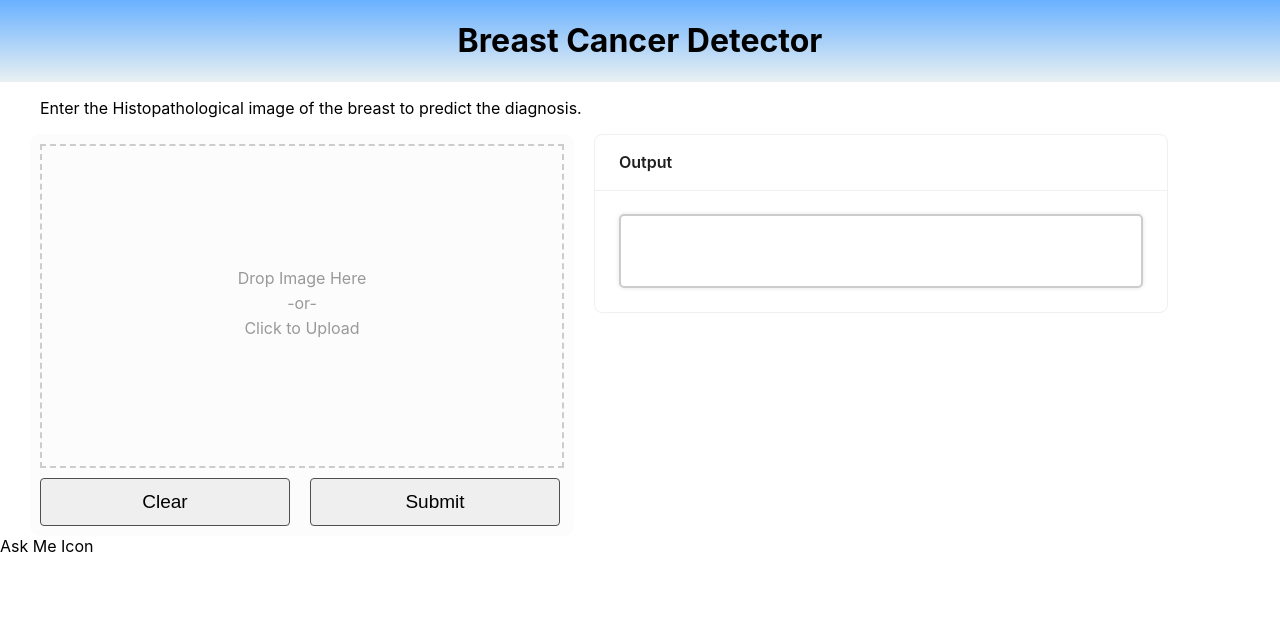
Repository: xshamrose/RAYi-AI
Page: /BreastCancerDetector-app (app in client/)
An editor plug-in stored every save of this project. The page is shown before and after the next save, followed by the edit.
The browser window is 1280 px wide. The pictures show the whole page.
The project was rebuilt for these pictures with package versions that can differ from the ones it lists, and the page was loaded fresh each time. Also part of the build but not shown: client/src/App.css, client/src/pages/Home.js, client/src/pages/home.css.

Above is the page before, as saved 2024-03-09 13:08:04.

### client/src/App.js
import "./App.css";
import React from "react";
import Candetect from "./pages/Candetect";
import Home from "./pages/Home";
import "./pages/home.css";
import { BrowserRouter as Router, Routes, Route } from "react-router-dom";

function App() {
  return (
    <div className="App">
      <Router>
        <Routes>
          <Route exact path="/" element={<Home />} />
          <Route path="/BreastCancerDetector-app" element={<Candetect />} />

          {/*  Future Use for Pipe Counting Detection
          <Route
            path="/Pipe"
            element={<Candetect title={headerTitle} content={content} />}
          /> */}
        </Routes>
      </Router>
    </div>
  );
}

export default App;

### client/src/pages/Candetect.js
import React, { useState } from "react";
import "../pages/Candetect.css";
import { Card } from "antd";
import deleteicon from "../assets/delete-.svg";
import axios from "axios";

function Candetect() {
  const [imageFile, setImageFile] = useState(null);
  const [errorMessage, setErrorMessage] = useState("");
  const [loading, setLoading] = useState(false);
  const [responseData, setResponseData] = useState("");

  const handleFileInputChange = (event) => {
    const file = event.target.files[0];
    if (file) {
      setImageFile(file);
    }
  };

  const handleClearImage = () => {
    setImageFile(null);
    //reset the file input
    const fileInput = document.getElementById("file-input");
    if (fileInput) {
      fileInput.value = "";
    }
    setErrorMessage("");
  };

  const handleDeleteImage = () => {
    setImageFile(null);
    //reset the file input
    const fileInput = document.getElementById("file-input");
    if (fileInput) {
      fileInput.value = "";
    }
  };

  const handleSubmit = () => {
    if (!imageFile) {
      setErrorMessage("Please upload an Image");
      console.log("Please upload an Image");
    } else {
      const formData = new FormData();
      formData.append("image", imageFile);
      setLoading(true);
      axios
        .post("http://ct.rayi.in:5002/predicttest", formData, {
          headers: {
            "Content-Type": "multipart/form-data",
          },
        })
        .then((response) => {
          setLoading(false);
          setResponseData(response.data);
          console.log(response.data);
        })
        .catch((error) => {
          if (error.response) {
            console.error("Error Response Data:", error.response.data);
            console.error("Error Response Status:", error.response.status);
          } else if (error.request) {
            console.error("No response received:", error.request);
          } else {
            console.error("Error:", error.message);
          }
          setErrorMessage("Failed to submit. Please try again.");
        });
    }
  };

  return (
    <div>
      <div
        style={{
          display: "flex",
          justifyContent: "center",
          alignContent: "center",
          flexWrap: "nowrap",
          alignItems: "center",
          backgroundImage: "linear-gradient(#69b1ff, #e9f0f2)",
          width: "100%",
        }}
      >
        <h1>Breast Cancer Detector</h1>
      </div>

      <p style={{ marginLeft: "40px" }}>
        Enter the Histopathological image of the breast to predict the
        diagnosis.
      </p>

      <div className="overallContainer">
        <div className="dragandbutton">
          <div className="image-upload-box">
            <input
              type="file"
              accept="image/*"
              id="file-input"
              className="file-input"
              onChange={handleFileInputChange}
            />
            {imageFile ? null : (
              <div>
                <label htmlFor="file-input" className="upload-label">
                  <span>Drop Image Here</span> <span>-or-</span>{" "}
                  <span>Click to Upload</span>{" "}
                </label>{" "}
                {errorMessage && (
                  <div className="error-message">{errorMessage}</div>
                )}{" "}
              </div>
            )}

            {imageFile && (
              <div className="image-preview">
                <img
                  src={URL.createObjectURL(imageFile)}
                  alt="Uploaded"
                  className="full-size-image"
                ></img>

                <div className="image-actions">
                  <img
                    src={deleteicon}
                    alt="Delete"
                    className="icon"
                    onClick={handleDeleteImage}
                  />
                </div>
              </div>
            )}
          </div>

          <div className="button-container">
            <button className="sbutton" onClick={handleClearImage}>
              Clear
            </button>
            <button className="sbutton" onClick={handleSubmit}>
              Submit
            </button>
          </div>
        </div>
        <div>
          <Card title="Output" hoverable>
            <div className="text-area">
              {loading ? (
                <div className="loader-all">
                  <div className="loader"></div>
                  <p>loading...</p>
                </div>
              ) : (
                responseData
              )}
            </div>
          </Card>
        </div>
      </div>
      <div className="ask-me-icon">
      {/* Replace 'Ask Me Icon' with your actual icon */}
      <span>Ask Me Icon</span>
    </div>
    </div>
  );
}

export default Candetect;

### client/src/pages/Candetect.css
/* Candetect.css */

.image-upload-box {
    position: relative;
    display: flex;
    flex-direction: column;
    align-items: center;
    justify-content: center;
    border: 2px dashed #ccc;
    padding: 10px;
    cursor: pointer;
    width: 500px; /* Adjust the width of the box as needed */
    height: 300px; /* Adjust the height of the box as needed */
  }

  .file-input {
    display: none;
  }

  .upload-label {
    display: flex;
    flex-direction: column;
    justify-content: center;
    align-items: center;
    color: #999;
    cursor: pointer;
  }

  .upload-label span {
    margin-bottom: 5px;
  }

  .image-preview {
    position: relative;
    width: 100%;
    height: 100%;
    overflow: hidden;
    object-fit: cover;
    display: flex;
    flex-direction: row;
    flex-wrap: nowrap;
    align-content: center;
    justify-content: center;
  }

.full-size-image{
  height: auto;
  width: 450px;
}

  .image-actions {
    padding: 5px;
  }


  .sbutton {
    display: inline-block;
    padding: 12px 24px;
    border: 1px solid #4f4f4f;
    border-radius: 4px;
    transition: all 0.2s ease-in;
    position: relative;
    overflow: hidden;
    font-size: 19px;
    cursor: pointer;
    color: black;
    z-index: 1;
    width: 250px;
  }

  .sbutton:before {
    content: "";
    position: absolute;
    left: 50%;
    transform: translateX(-50%) scaleY(1) scaleX(1.25);
    top: 100%;
    width: 140%;
    height: 180%;
    background-color: rgba(0, 0, 0, 0.05);
    border-radius: 50%;
    display: block;
    transition: all 0.5s 0.1s cubic-bezier(0.55, 0, 0.1, 1);
    z-index: -1;
  }

  .sbutton:after {
    content: "";
    position: absolute;
    left: 55%;
    transform: translateX(-50%) scaleY(1) scaleX(1.45);
    top: 180%;
    width: 160%;
    height: 190%;
    background-color: #000000;
    border-radius: 50%;
    display: block;
    transition: all 0.5s 0.1s cubic-bezier(0.55, 0, 0.1, 1);
    z-index: -1;
  }

  .sbutton:hover {
    color: #ffffff;
    border: 1px solid #101111;
  }

  .sbutton:hover:before {
    top: -35%;
    background-color: #101111;
    transform: translateX(-50%) scaleY(1.3) scaleX(0.8);
  }

  .sbutton:hover:after {
    top: -45%;
    background-color: #151616;
    transform: translateX(-50%) scaleY(1.3) scaleX(0.8);
  }
  .button-container{
    gap: 20px;
    display: flex;
    align-items: center;
  }

  .dragandbutton{
    display: flex;
    flex-direction: column;
    gap: 10px;
    background-color: #c1b9b90d;
    border-radius: 10px;
    padding: 10px;
  }

  .text-area {
    display: flex;
    width: 500px;
    height: 50px;
    padding: 10px;
    border: 2px solid #ccc;
    border-radius: 5px;
    font-size: 16px;
    outline: none;
    box-shadow: 0 0 5px rgba(0, 0, 0, 0.1);
  }

  .text-area:focus {
    border-color: #007bff;
  }
  .overallContainer{
    display: flex;
    flex-direction: row;
    gap: 20px;
    flex-wrap: wrap;
    margin-left: 30px;
  }
  .error-message{
    color: red;
    font-size: medium;
  }
  .icon {
    width: 25px;
    height: 25px;
    margin-left: 8px;
    border-radius: 50%;

  }
  .icon:hover{
    transform: scale(1.1);
    color: #000000;
  }

  .compass{
    height: 30px;
    width: 30px;
  }
  .loader {
    border: 4px solid rgba(0, 0, 0, 0.776);
    border-left-color: transparent;
    border-radius: 50%;
  }

  .loader {
    border: 4px solid rgba(0, 0, 0, 0.655);
    border-left-color: transparent;
    width: 25px;
    height: 25px;
  }

  .loader {
    border: 4px solid rgba(0, 0, 0, 0.705);
    border-left-color: transparent;
    width: 25px;
    height: 25px;
    animation: spin89345 1s linear infinite;
  }

  @keyframes spin89345 {
    0% {
      transform: rotate(0deg);
    }

    100% {
      transform: rotate(360deg);
    }
  }
  .loader-all{
    display: flex;
    flex-direction: row;
    gap: 10px;
    justify-content: flex-start;
    align-items: center;
  }
  /* .ask-me-icon {
    position: fixed;
    bottom: 20px;
    right: 20px;
    cursor: pointer;
     } */
    .tooltip-container {
      --background: linear-gradient(45deg, #22d3ee, #1f9df5);
      position: relative;
      background: var(--background);
      cursor: pointer;
      transition: all 0.2s;
      font-size: 17px;
      padding: 0.7em 1.8em;
      border-radius: 8px;
      box-shadow: 0 4px 6px rgba(0, 0, 0, 0.1);
      color: #fff;
    }

    .tooltip {
      position: absolute;
      top: 100%;
      left: 50%;
      transform: translateX(-50%) scale(0.8);
      transform-origin: bottom;
      padding: 0.3em 0.6em;
      opacity: 0;
      pointer-events: none;
      transition: all 0.3s;
      background: var(--background);
      border-radius: 4px;
      box-shadow: 0 2px 4px rgba(0, 0, 0, 0.1);
    }

    .tooltip::before {
      position: absolute;
      content: "";
      height: 0.6em;
      width: 0.6em;
      bottom: -0.2em;
      left: 50%;
      transform: translate(-50%) rotate(45deg);
      background: var(--background);
    }

    .tooltip-container:hover .tooltip {
      top: -45px;
      opacity: 1;
      visibility: visible;
      pointer-events: auto;
      transform: translateX(-50%) scale(1);
    }
    .tooltip-container:hover {
      transform: scale(0.9);
    }

Loaded but not shown: client/public/index.html (common file); client/src/index.js (common file); client/src/index.css (common file); client/src/reportWebVitals.js (common file)

After the next save:
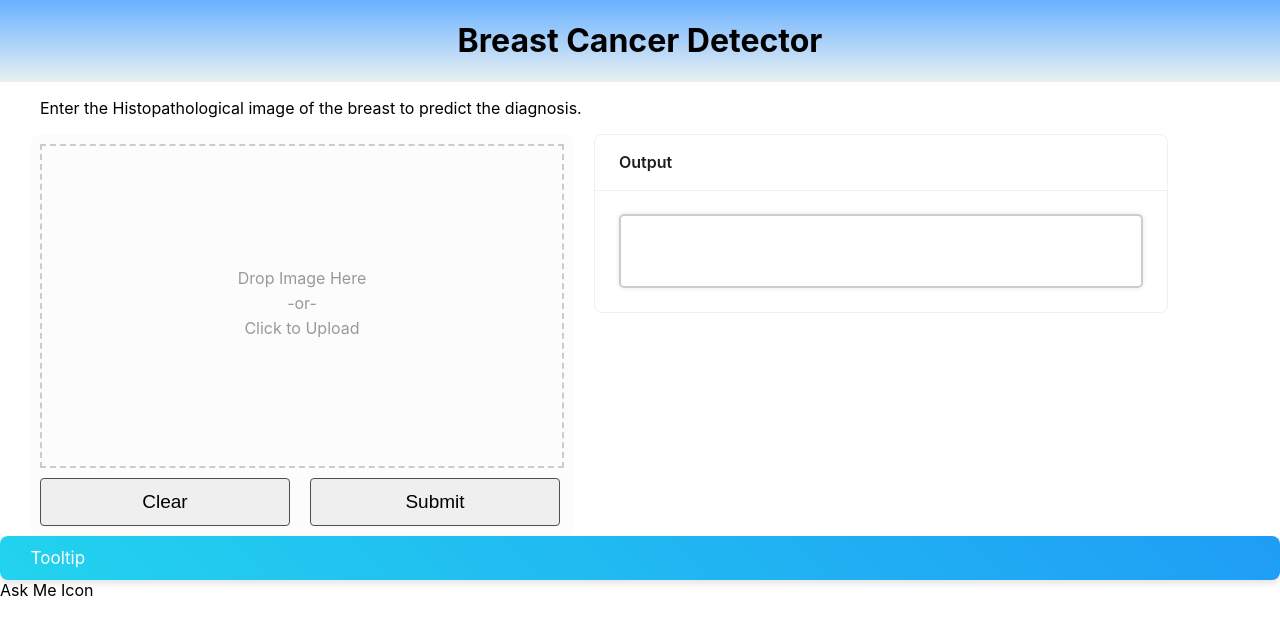
Saved 15 s later.
--- a/client/src/pages/Candetect.js
+++ b/client/src/pages/Candetect.js
@@ -157,7 +157,10 @@
         </div>
       </div>
       <div className="ask-me-icon">
-      {/* Replace 'Ask Me Icon' with your actual icon */}
+      <div class="tooltip-container">
+  <span class="tooltip">Uiverse.io</span>
+  <span class="text">Tooltip</span>
+</div>
       <span>Ask Me Icon</span>
     </div>
     </div>
